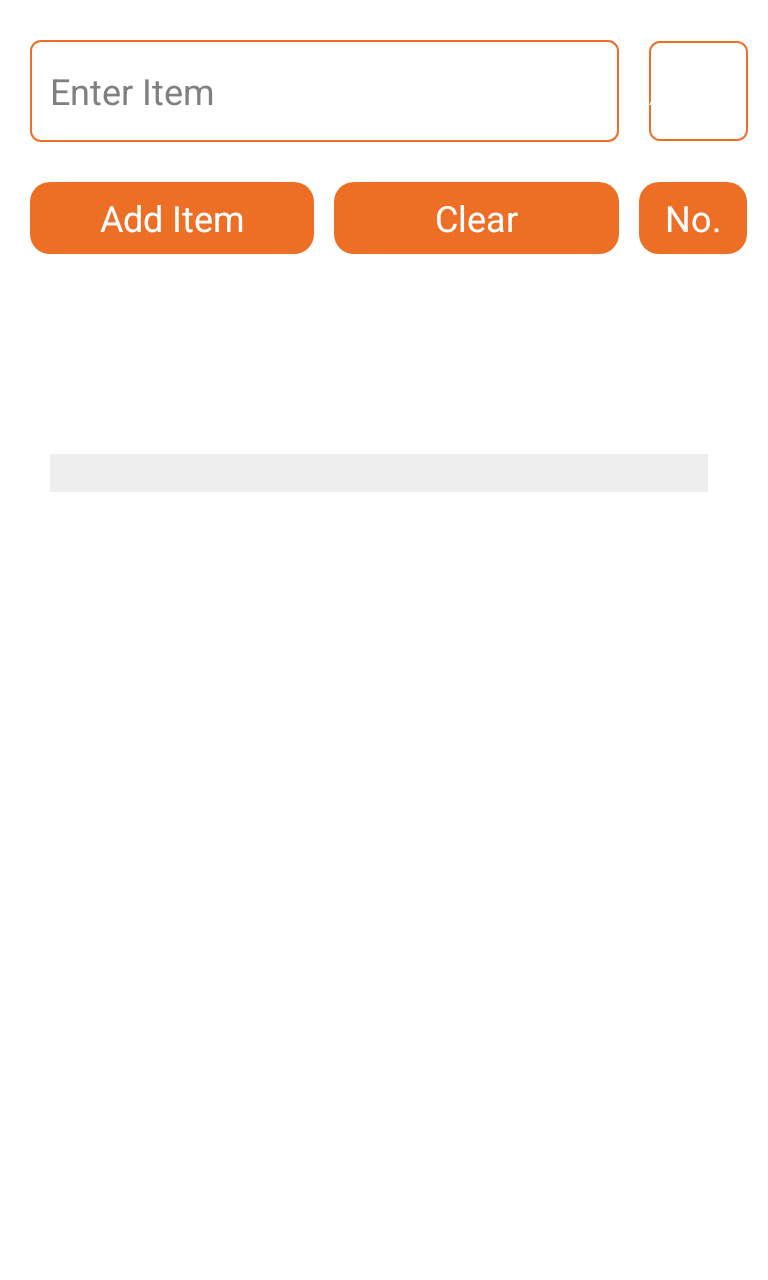
Repository: ianDervan/FYP_ShopSmart
Layout: FYP/ShopSmart/res/layout/activity_shopping_list.xml
These files come from the project's save history. The layout is drawn as it stood at one moment and after the next save; the edit follows.
It is drawn on a 768 x 1280 px phone screen (xhdpi) without system bars, with theme AppTheme; the app's code is not run.

Above is the layout before, as saved 2015-01-16 21:07:30.

After the next save:
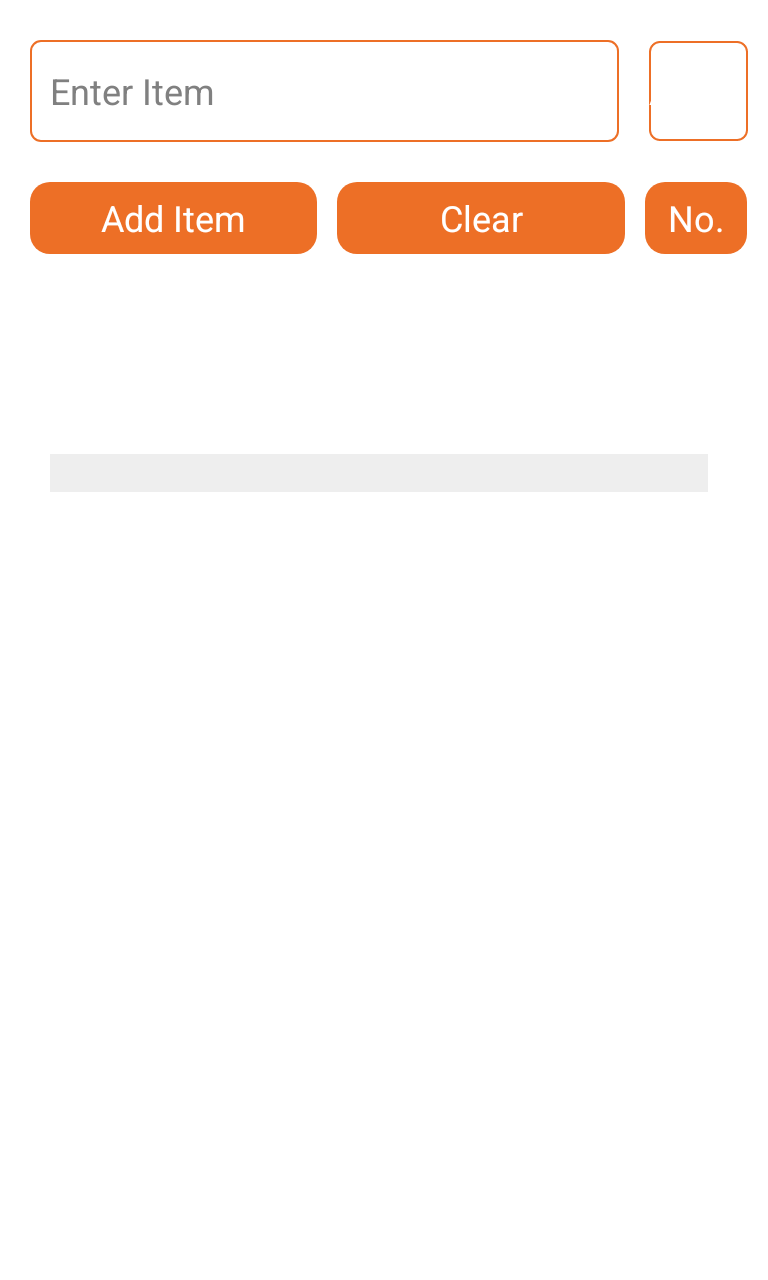
Saved 66 s later.
--- a/FYP/ShopSmart/res/layout/activity_shopping_list.xml
+++ b/FYP/ShopSmart/res/layout/activity_shopping_list.xml
@@ -66,7 +66,7 @@
             android:id="@+id/btn_2"
             android:layout_width="0dp"
             android:layout_height="36dp"
-            android:layout_weight="0.16"
+            android:layout_weight="0.15"
             android:layout_marginLeft="10dp"
             android:layout_marginTop="10dp"
             android:background="@drawable/custombutton_lr"
